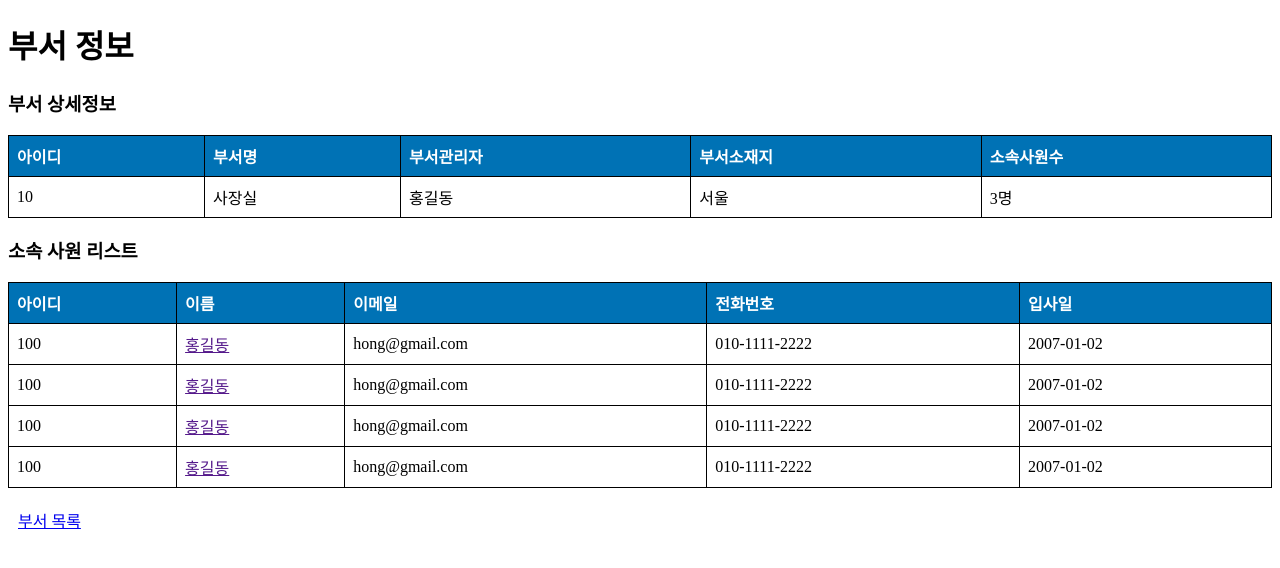
Repository: benpark0613/basic
Page: http://localhost/sample/hr/dept/detail.jsp?id=10
The author's editor kept a copy of each file at every save. The page is drawn from the files as they stood at one save, then again after the next save.
The browser window is 1280 px wide. The pictures show the whole page.
The page is served by Tomcat 9. Other server files are loaded and not shown.

Above is the page before, as saved 2021-11-10 03:41:38.

### HR_app/sample/src/main/webapp/hr/dept/detail.jsp
<%@ page language="java" contentType="text/html; charset=UTF-8"
    pageEncoding="UTF-8"%>
<!DOCTYPE html>
<html>
<head>
<meta charset="UTF-8">
<title>부서정보 관리::부서 상세정보</title>
<link rel="stylesheet" type="text/css" href="../../resources/css/style.css">
</head>
<body>
	<h1>부서 정보</h1>

	<h3>부서 상세정보</h3>
	<table>
		<thead>
			<tr>
				<th>아이디</th>
				<th>부서명</th>
				<th>부서관리자</th>
				<th>부서소재지</th>
				<th>소속사원수</th>
			</tr>
		</thead>
		<tbody>
			<tr>
				<td>10</td>
				<td>사장실</td>
				<td>홍길동</td>
				<td>서울</td>
				<td>3명</td>
			</tr>
		</tbody>
	</table>

	<h3>소속 사원 리스트</h3>
	<table>
		<thead>
			<tr>
				<th>아이디</th>
				<th>이름</th>
				<th>이메일</th>
				<th>전화번호</th>
				<th>입사일</th>
			</tr>
		</thead>
		<tbody>
			<tr>
				<td>100</td>
				<td><a href="">홍길동</a></td>
				<td>hong@gmail.com</td>
				<td>010-1111-2222</td>
				<td>2007-01-02</td>
			</tr>
			<tr>
				<td>100</td>
				<td><a href="">홍길동</a></td>
				<td>hong@gmail.com</td>
				<td>010-1111-2222</td>
				<td>2007-01-02</td>
			</tr>
			<tr>
				<td>100</td>
				<td><a href="">홍길동</a></td>
				<td>hong@gmail.com</td>
				<td>010-1111-2222</td>
				<td>2007-01-02</td>
			</tr>
			<tr>
				<td>100</td>
				<td><a href="">홍길동</a></td>
				<td>hong@gmail.com</td>
				<td>010-1111-2222</td>
				<td>2007-01-02</td>
			</tr>
		</tbody>
	</table>

	<div>
		<a href="list.jsp">부서 목록</a>
	</div>

</body>
</html>

### HR_app/sample/src/main/webapp/resources/css/style.css
@charset "UTF-8";

div {
	margin: 10px 0;
	padding: 10px;
}

table {
	width: 100%;
	border-collapse: collapse;
}

th, td {
	padding: 8px;
	text-align: left;
	border: 1px solid black;
}

thead th {
	background-color: #0072B5;
	color : white;
	font-weight: bolder;
}

.text-center {
	text-align: center;
}

.text-left {
	text-align: left;
}

.text-right {
	text-align: right;
}

After the next save:
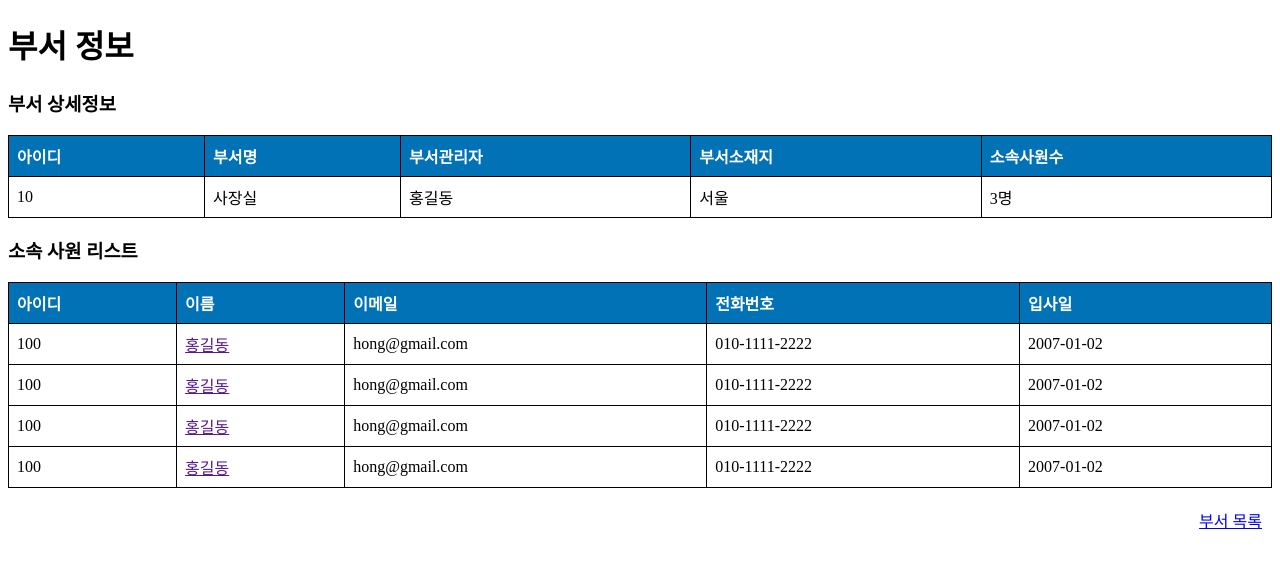
Saved 21 s later.
--- a/HR_app/sample/src/main/webapp/hr/dept/detail.jsp
+++ b/HR_app/sample/src/main/webapp/hr/dept/detail.jsp
@@ -75,7 +75,7 @@
 		</tbody>
 	</table>
 
-	<div>
+	<div class="text-right">
 		<a href="list.jsp">부서 목록</a>
 	</div>
 
